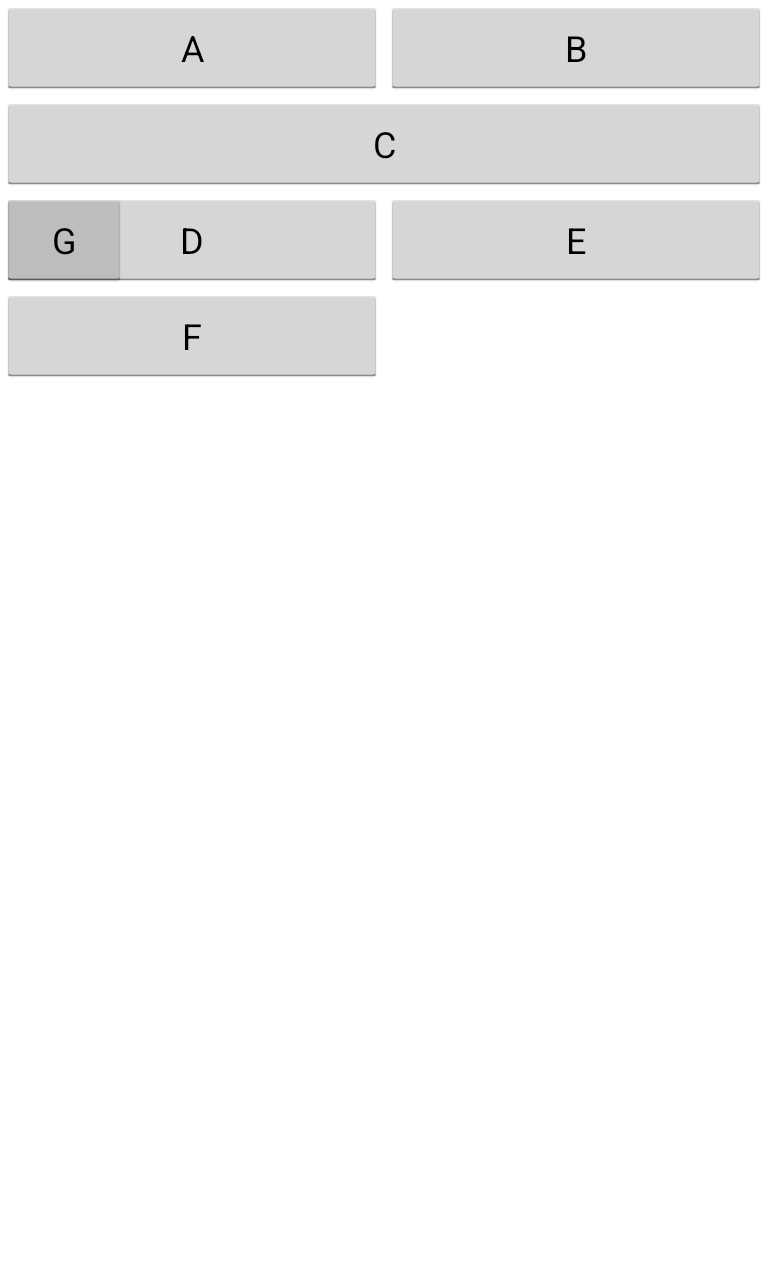
Repository: iracom/ejercicios-android
Layout: Layouts/res/layout/activity_relative.xml
These files come from the project's save history. The layout is drawn as it stood at one moment and after a run of saves; the edit follows.
It is drawn on a 768 x 1280 px phone screen (xhdpi) without system bars, with theme AppTheme; the app's code is not run.

Above is the layout before, as saved 2014-05-07 07:52:22.

After the next 2 saves:
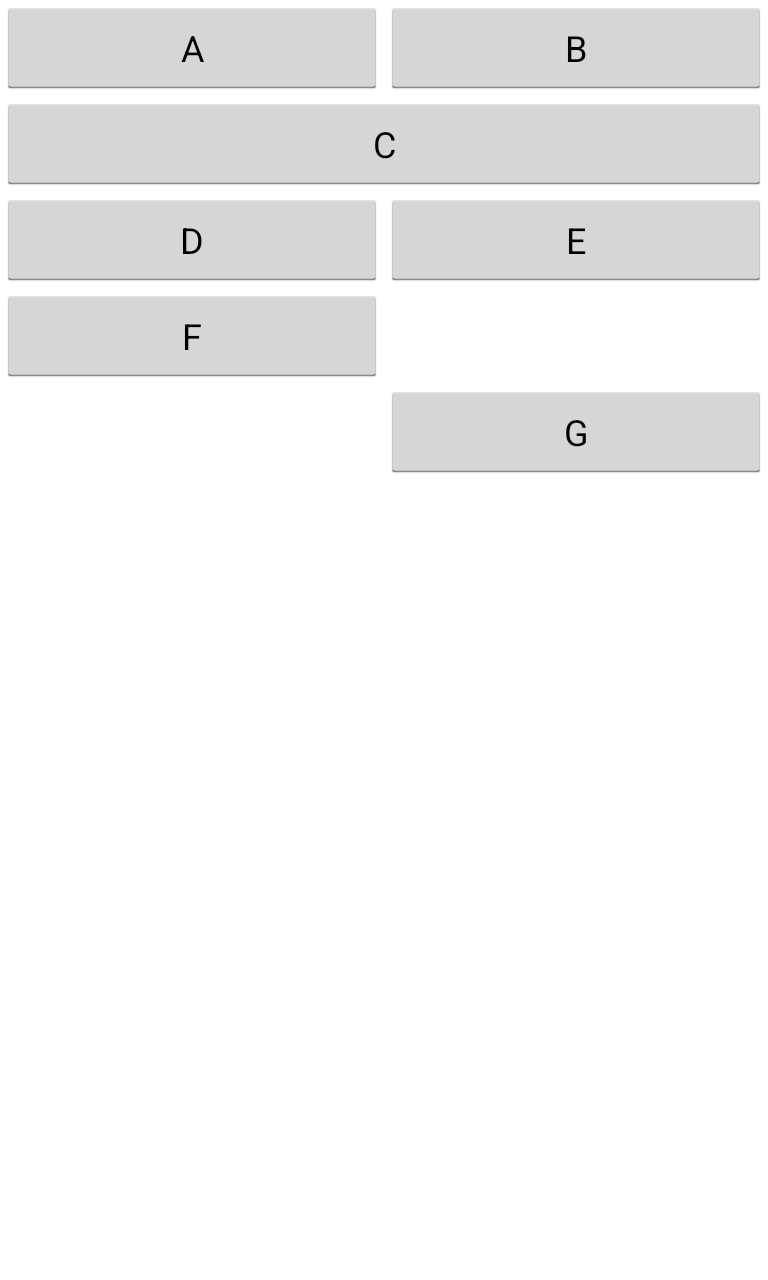
The 2 saves are shown as one change because 1 did not build or start.
The last was saved 117 s later.
--- a/Layouts/res/layout/activity_relative.xml
+++ b/Layouts/res/layout/activity_relative.xml
@@ -79,20 +79,13 @@
         android:layout_alignRight="@id/textView3"
         android:text="@string/button_f" />
 
-    <LinearLayout
-        android:layout_width="wrap_content"
-        android:layout_height="wrap_content"
-        android:layout_alignParentBottom="true"
-        android:layout_alignParentLeft="true"
-        android:layout_below="@+id/button3"
-        android:orientation="vertical" >
-
-        <Button
+    <Button
             android:id="@+id/button7"
             android:layout_width="match_parent"
             android:layout_height="wrap_content"
+            android:layout_below="@id/button6"
+            android:layout_alignParentRight="true"
+            android:layout_alignLeft="@id/textView3"
             android:text="@string/button_g" />
 
-    </LinearLayout>
-
 </RelativeLayout>
